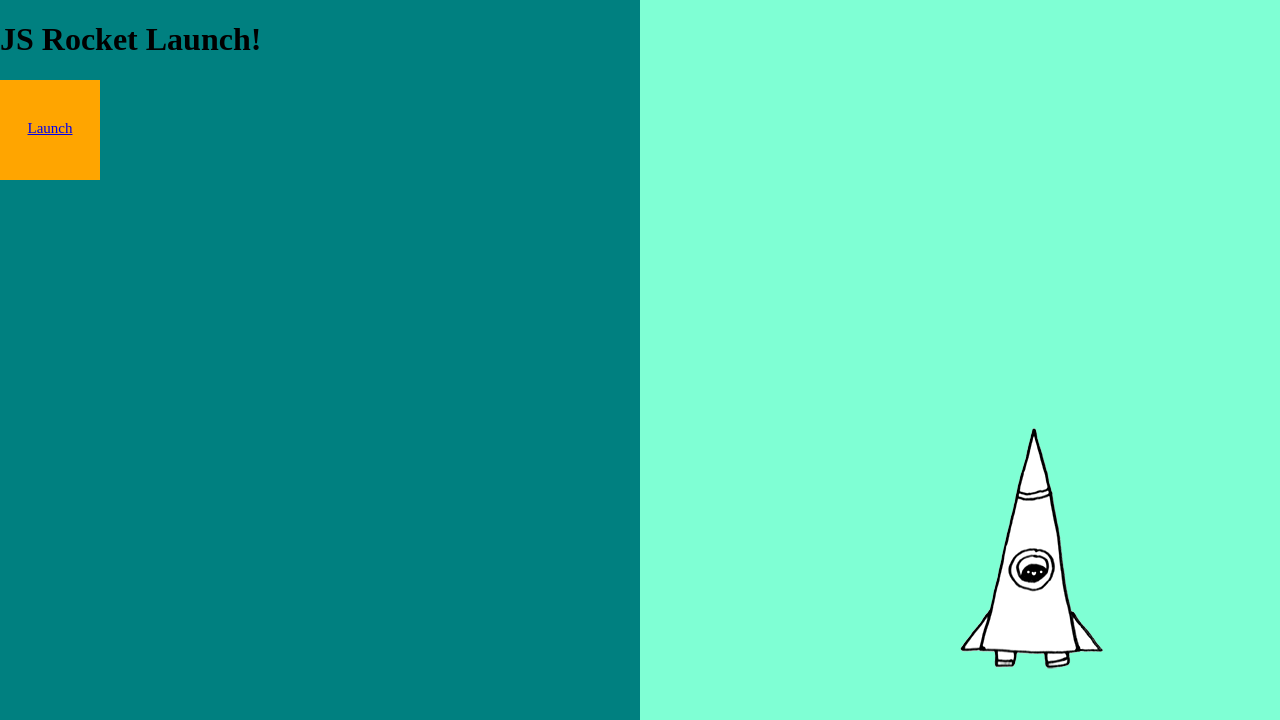
Repository: alcarrizo/Rocket-launch
Page: index.html
An editor plug-in stored every save of this project. The page is shown before and after the next save, followed by the edit.
The browser window is 1280 px wide. The pictures show the whole page.

Above is the page before, as saved 2022-10-20 16:02:19.

### index.html
<!DOCTYPE html>
<html lang="en">
<head>
    <meta charset="UTF-8">
    <meta http-equiv="X-UA-Compatible" content="IE=edge">
    <meta name="viewport" content="width=device-width, initial-scale=1.0">
    <title>Rocket Launch sequence</title>
    <script type="text/javascript" src="js/script.js"> </script>
    <link rel="stylesheet" href="css/style.css">
</head>
<body class="body-state1" id="body">
    <div class="left">
        <div class="state1">
            <h1>JS Rocket Launch!</h1>
            <a href="#" class="button" onclick="changeState(2);">Launch</a>
        </div>
        <div class="state2">
            <h1 class="countdown" id="countdown">10</h1>
            <a href="#" class="button" onclick="changeState(1);">Abort</a>
        </div>
        <div class="state3">
            <h1>Lift Off!</h1>
        </div>
        <div class="state4">
            <h1>Well done!</h1>
            <a href="#" class="button" onclick="changeState(1);">Do it again</a>
        </div>
        <div class="state5">
            <h1>Oh No!!!!</h1>
            <a href="#" class="button" onclick="changeState(1);">Try Again!</a>
        </div>
    </div>

    <div class="right">
        <div class="rocket" id="rocket"></div>
        <div class="ground"></div>
    </div>
</body>
</html>

### js/script.js
/*var countDown = function (i) {
    console.log(i)
    setTimeout(function () {
        i--
        document.getElementById("countdown").innerHTML = i;
        if (document.getElementById('body').className != 'body-state1') {
            if (i > 0) {
                countDown(i)
            }
            else {
                changeState(3)
            }
        }

    }, 1000)
}*/
var timer = null;
var CountDownNum = 10;
var changeState = function (state) {
    document.body.className = 'body-state' + state;
    clearInterval(timer);
    if (state != 2 && document.getElementById('countdown').innerHTML != 10) {
        CountDownNum = 10;
        document.getElementById('countdown').innerHTML = CountDownNum;
    }
    if (state == 2) {
        timer = setInterval(() => {
            CountDownNum -= 1;
            document.getElementById('countdown').innerHTML = CountDownNum;

            if (CountDownNum <= 0) {
                changeState(3);

            }
        }, 200);
    }
    else if (state == 3) {
        var success = setTimeout(() => {
            var randomNum = Math.round(Math.random() * 10)
            //success
            console.log('random number: ' + randomNum)
            if (randomNum > 5) {
                changeState(4)
            }
            else {
                //fail
                changeState(5)
            }

        }, 2000);
    }
    // if (state == 1) {
    //     document.body.className = 'body-state1'
    // }
    // else if (state == 2) {
    //     document.body.className = 'body-state2'
    //     countDown(10)
    //     // for (let i = 10; i >= 0; i--) {
    //     //     setTimeout()
    //     //     document.getElementById("countdown").innerHTML = i;
    //     // }
    // }
    // else if (state == 3) {
    //     document.body.className = 'body-state3'
    //     document.getElementById('rocket').className = 'rocket flying';
    // }
    // else if (state == 4) {
    //     document.body.className = 'body-state4'
    // }
    // else {
    //     document.body.className = 'body-state5'
    // }
    // for (let i = 10; i >= 0; i--) {
    //     bdy.content = i;
    // }
    //document.getElementById('rocket').className = 'rocket flying';
}

### css/style.css
body {
    position: relative;
}

.left {
    position: fixed;
    box-sizing: border-box;
    width: 50%;
    height: 100%;
    top: 0;
    left: 0;
    background-color: teal;
}

.right {
    position: fixed;
    box-sizing: border-box;
    width: 50%;
    height: 100%;
    top: 0;
    right: 0;
    background-color: aquamarine;
}

.rocket {
    position: absolute;
    left: 50%;
    bottom: 20px;
    width: 20px;
    height: 100px;
    background-color: blue;
    transition: bottom 10s;

}

.body-state1 .rocket {
    transition: none;
    width: 143px;
    height: 272px;
    background: url("../img/rocket-state1.png") no-repeat 0 0;
    background-size: 100%;

}

.body-state3 .rocket,
.body-state4 .rocket {
    bottom: 1000px;
}


.ground {
    position: absolute;
    bottom: 0;
    left: 0;
    background: url("../img/ground.png") no-repeat 0 0;
    background-size: 100%;

}

/* .ground {
    background-color: green;
    position: absolute;
    bottom: 0;
    left: 0;
    width: 100%;
    height: 20px;
} */

a {}

a.button {
    display: block;
    box-sizing: border-box;
    text-align: center;
    padding-top: 40px;
    height: 100px;
    width: 100px;
    font-size: 15px;
    background-color: orange;

}

.state1,
.state2,
.state3,
.state4,
.state5 {
    display: none;
}

body.body-state1 .state1 {
    display: block;
}

body.body-state2 .state2 {
    display: block;
}

body.body-state3 .state3 {
    display: block;
}

body.body-state4 .state4 {
    display: block;
}

body.body-state5 .state5 {
    display: block;
}

After the next save:
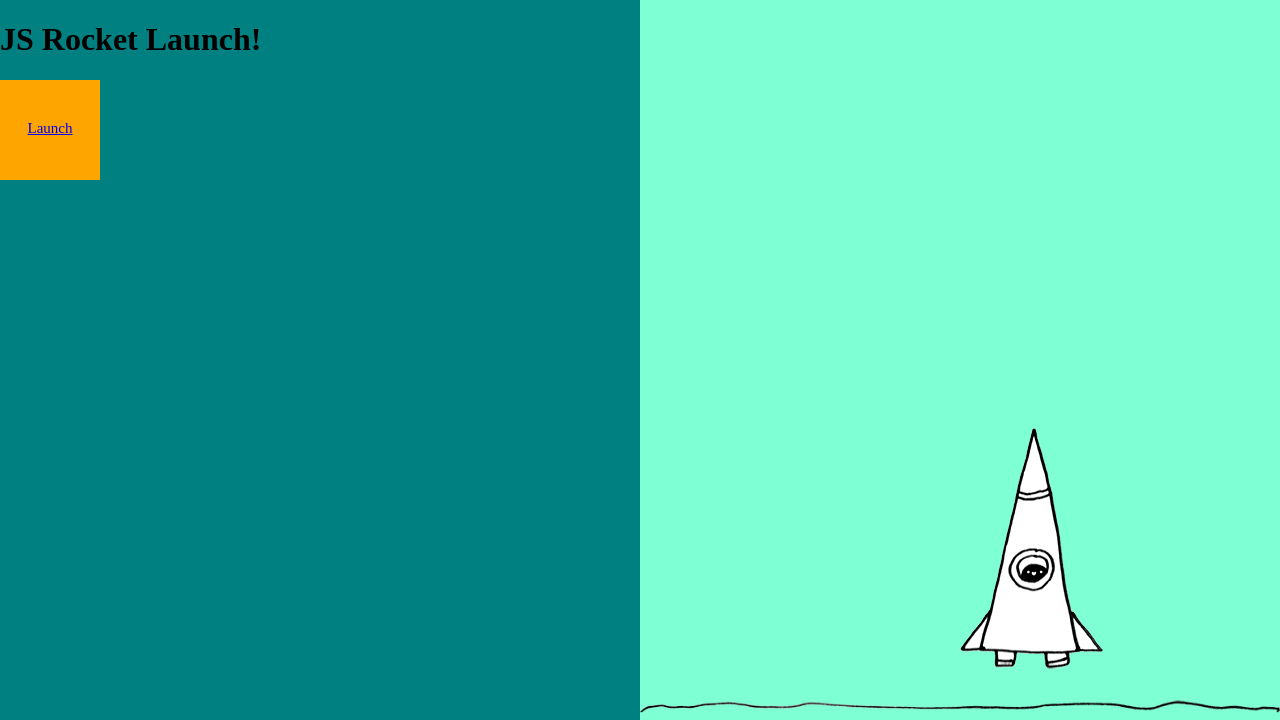
Saved 28 s later.
--- a/css/style.css
+++ b/css/style.css
@@ -54,6 +54,8 @@ body {
     left: 0;
     background: url("../img/ground.png") no-repeat 0 0;
     background-size: 100%;
+    width: 100%;
+    height: 20px;
 
 }
 
